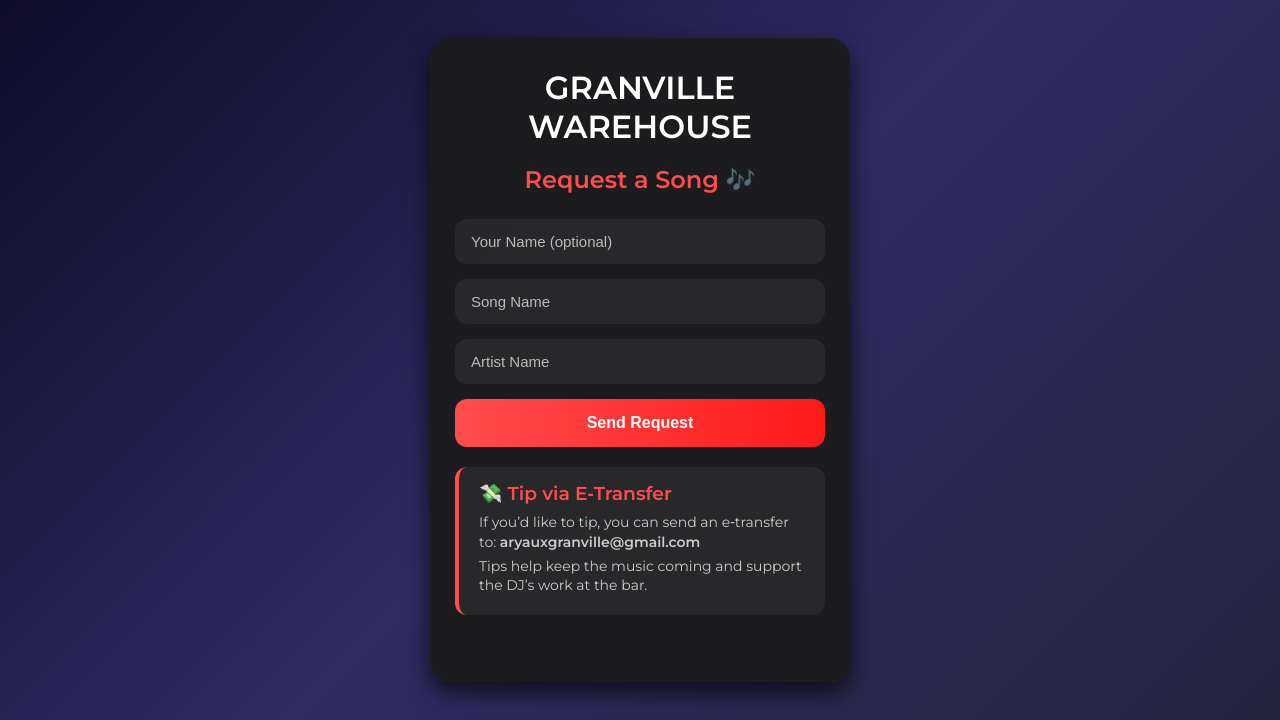
Repository: AryanHeravi/DJ-Request
Page: song_request.html
The author's editor kept a copy of each file at every save. The page is drawn from the files as they stood at one save, then again after the next save.
The browser window is 1280 px wide. The pictures show the whole page.

Above is the page before, as saved 2026-01-06 21:56:30.

### song_request.html
<!DOCTYPE html>
<html lang="en">
<head>
<meta charset="UTF-8">
<meta name="viewport" content="width=device-width, initial-scale=1.0">
<title>Bar Song Request</title>
<link href="https://fonts.googleapis.com/css2?family=Montserrat:wght@400;600&display=swap" rel="stylesheet">
<style>
  * {
    box-sizing: border-box;
    margin: 0;
    padding: 0;
  }

  body {
    font-family: 'Montserrat', sans-serif;
    background: linear-gradient(135deg, #0f0c29, #302b63, #24243e);
    display: flex;
    justify-content: center;
    align-items: center;
    min-height: 100vh;
    color: #fff;
  }

  .container {
    background: rgba(28,28,28,0.95);
    backdrop-filter: blur(10px);
    padding: 30px 25px;
    border-radius: 20px;
    width: 100%;
    max-width: 420px;
    box-shadow: 0 10px 25px rgba(0,0,0,0.7);
    transition: transform 0.3s ease;
  }

  .container:hover {
    transform: translateY(-3px);
  }

  h2 {
    text-align: center;
    color: #ff4d4d;
    margin-bottom: 25px;
  }

  form {
    display: flex;
    flex-direction: column;
    gap: 15px;
  }

  input {
    padding: 14px 16px;
    border-radius: 12px;
    border: none;
    outline: none;
    font-size: 15px;
    background: rgba(255,255,255,0.05);
    color: #fff;
    transition: all 0.2s ease;
  }

  input::placeholder {
    color: #bbb;
  }

  input:focus {
    background: rgba(255,255,255,0.15);
    box-shadow: 0 0 8px rgba(255,77,77,0.5);
  }

  button {
    padding: 15px;
    border-radius: 12px;
    border: none;
    background: linear-gradient(90deg, #ff4d4d, #ff1a1a);
    color: #fff;
    font-size: 16px;
    font-weight: 600;
    cursor: pointer;
    transition: all 0.3s ease;
  }

  button:hover {
    background: linear-gradient(90deg, #ff1a1a, #ff4d4d);
    transform: scale(1.02);
  }

  /* E-transfer card */
  .tip-card {
    background: rgba(255,255,255,0.05);
    border-radius: 12px;
    padding: 15px 20px;
    margin-top: 20px;
    color: #fff;
    border-left: 4px solid #ff4d4d;
  }

  .tip-card h3 {
    margin: 0 0 8px 0;
    color: #ff4d4d;
    font-weight: 600;
  }

  .tip-card p {
    margin: 0 0 4px 0;
    font-size: 14px;
    line-height: 1.4;
    color: #ccc;
  }

  .confirmation {
    text-align: center;
    margin-top: 18px;
    font-size: 16px;
    color: #00ff99;
    opacity: 0;
    transform: translateY(-5px);
    transition: opacity 0.5s ease, transform 0.5s ease;
  }

  .confirmation.show {
    opacity: 1;
    transform: translateY(0);
  }

  @media (max-width: 480px) {
    .container {
      padding: 25px 20px;
    }

    input {
      font-size: 14px;
    }

    button {
      font-size: 15px;
    }
  }
</style>
</head>
<body>

<div class="container">
  <h1 style="text-align: center;">GRANVILLE WAREHOUSE</h1>
  <br>
  <h2>Request a Song 🎶</h2>
  <form id="songForm">
    <input type="text" name="name" placeholder="Your Name (optional)">
    <input type="text" name="song" placeholder="Song Name" required>
    <input type="text" name="artist" placeholder="Artist Name" required>
    <button type="submit">Send Request</button>
  </form>

  <!-- E-Transfer Section -->
  <div class="tip-card">
    <h3>💸 Tip via E‑Transfer</h3>
    <p>If you’d like to tip, you can send an e‑transfer to: <strong>aryauxgranville@gmail.com</strong></p>
    <p>Tips help keep the music coming and support the DJ’s work at the bar.</p>
  </div>

  <div class="confirmation" id="confirmation">
    🎵 Your song request has been sent! Thanks!
  </div>
</div>

<script src="https://cdn.jsdelivr.net/npm/@emailjs/browser@3/dist/email.min.js"></script>
<script>
  const form = document.getElementById('songForm');
  const confirmation = document.getElementById('confirmation');

  form.addEventListener('submit', function(e) {
    e.preventDefault();

    emailjs.sendForm(
      "service_3dp90wc",
      "template_dyxg225",
      this,
      "iueAUOM_QorKi02S6"
    )
    .then((response) => {
      if (response.status >= 200 && response.status < 300) {
        confirmation.classList.add('show');
        form.reset();
        setTimeout(() => confirmation.classList.remove('show'), 4000);
      } else {
        throw new Error("Unexpected response status: " + response.status);
      }
    })
    .catch((err) => {
      console.error("EmailJS error:", err);
      confirmation.style.color = "#ff5555";
      confirmation.textContent = "⚠️ Oops! Something went wrong. Try again.";
      confirmation.classList.add('show');
      setTimeout(() => {
        confirmation.classList.remove('show');
        confirmation.style.color = "#00ff99";
        confirmation.textContent = "🎵 Your song request has been sent! Thanks!";
      }, 4000);
    });
  });
</script>

</body>
</html>

After the next save:
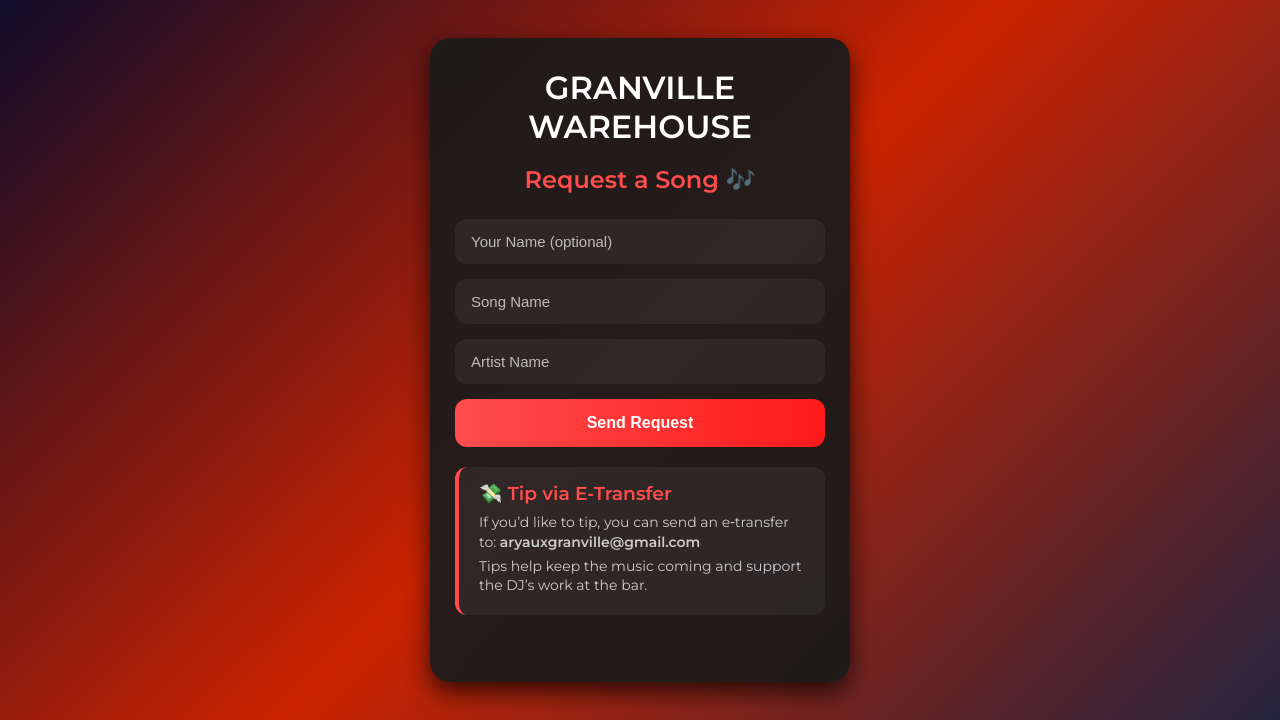
Saved 2 h 16 min later.
--- a/song_request.html
+++ b/song_request.html
@@ -14,7 +14,7 @@
 
   body {
     font-family: 'Montserrat', sans-serif;
-    background: linear-gradient(135deg, #0f0c29, #302b63, #24243e);
+    background: linear-gradient(135deg, #0f0c29, #cc2300, #24243e);
     display: flex;
     justify-content: center;
     align-items: center;
